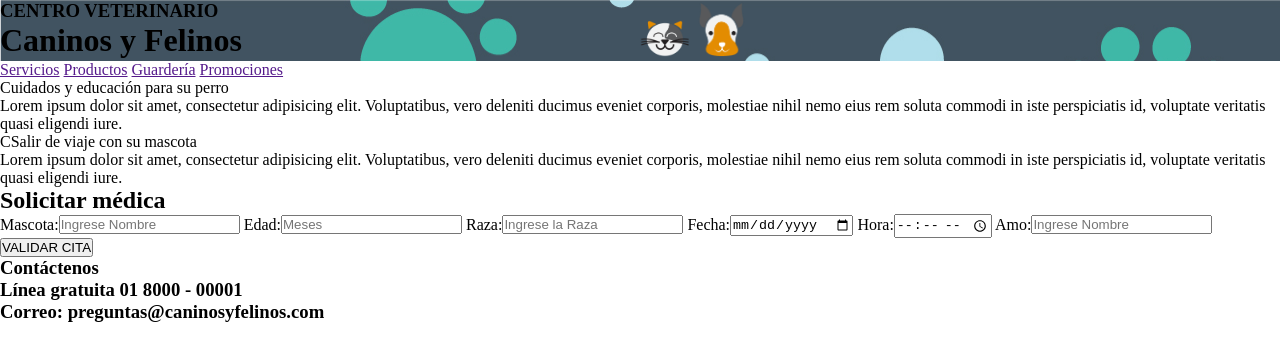
Repository: mariomr87/senaweb01
Page: principal.html
The author's editor kept a copy of each file at every save. The page is drawn from the files as they stood at one save, then again after the next save.
The browser window is 1280 px wide. The pictures show the whole page.

Above is the page before, as saved 2021-09-26 19:52:19.

After the next save:
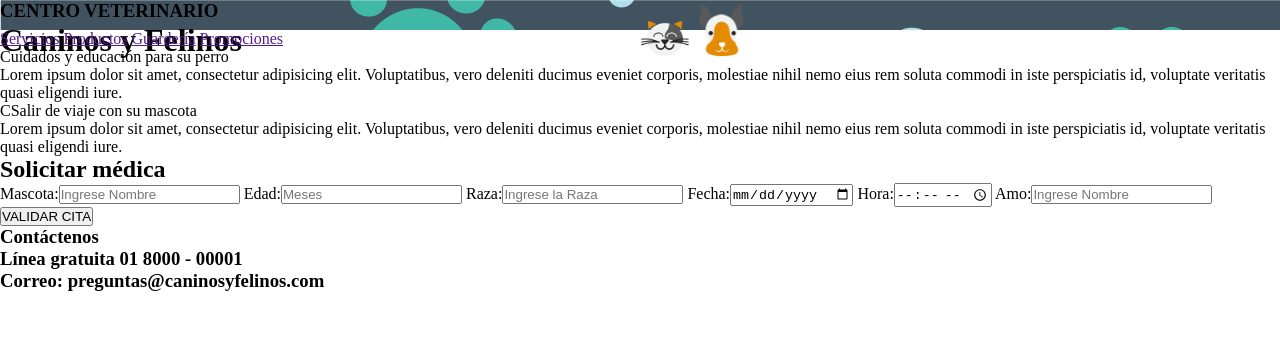
Saved 95 s later.
--- a/estilos.css
+++ b/estilos.css
@@ -20,6 +20,6 @@ header{
 }
 
 .header-text{
-    /* display:inline-block; */
+    height: 30px;
     width:50%;
 }
